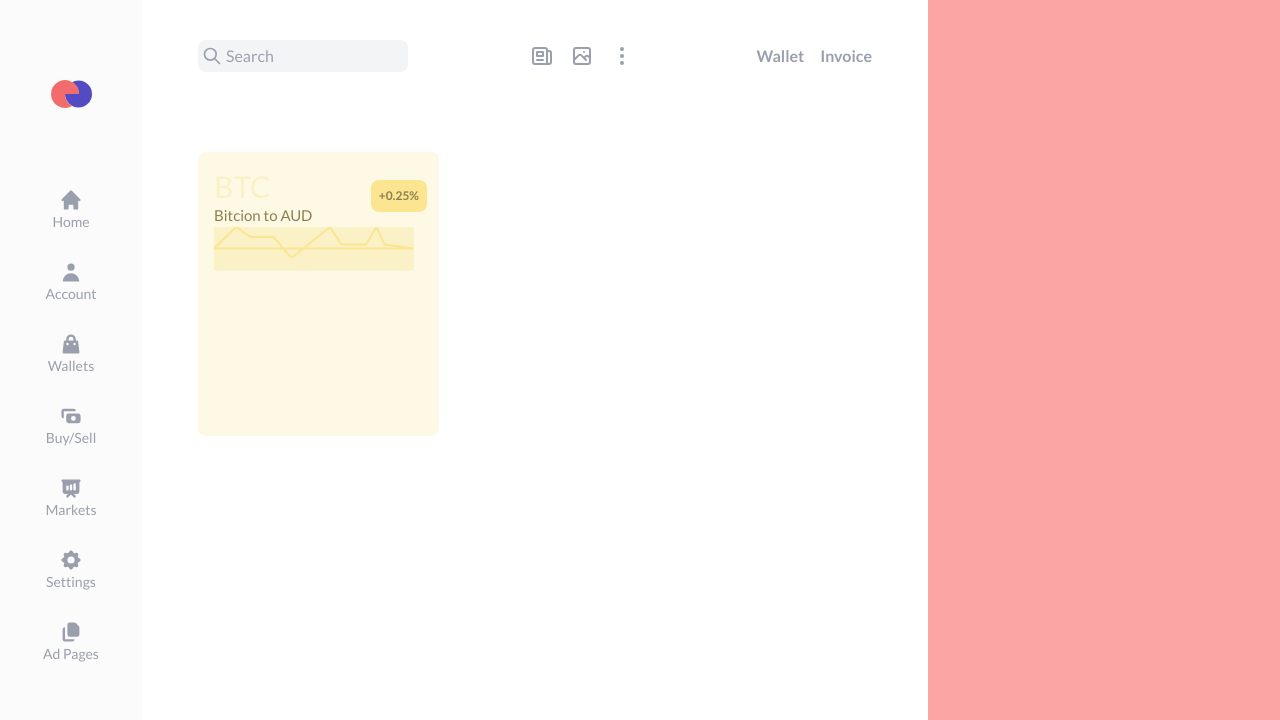
Repository: almaqdad55/crypto-app-nextjs
Page: /
These files come from the project's save history. The page is drawn as it stood at one moment and after the next save; the edit follows.
The browser window is 1280 px wide. The pictures show the whole page.
The project was rebuilt for these pictures with package versions that can differ from the ones it lists, and the page was loaded fresh each time. The framework's server and built-in components were replaced by stand-ins that run in the browser.

Above is the page before, as saved 2022-01-04 20:55:27.

After the next save:
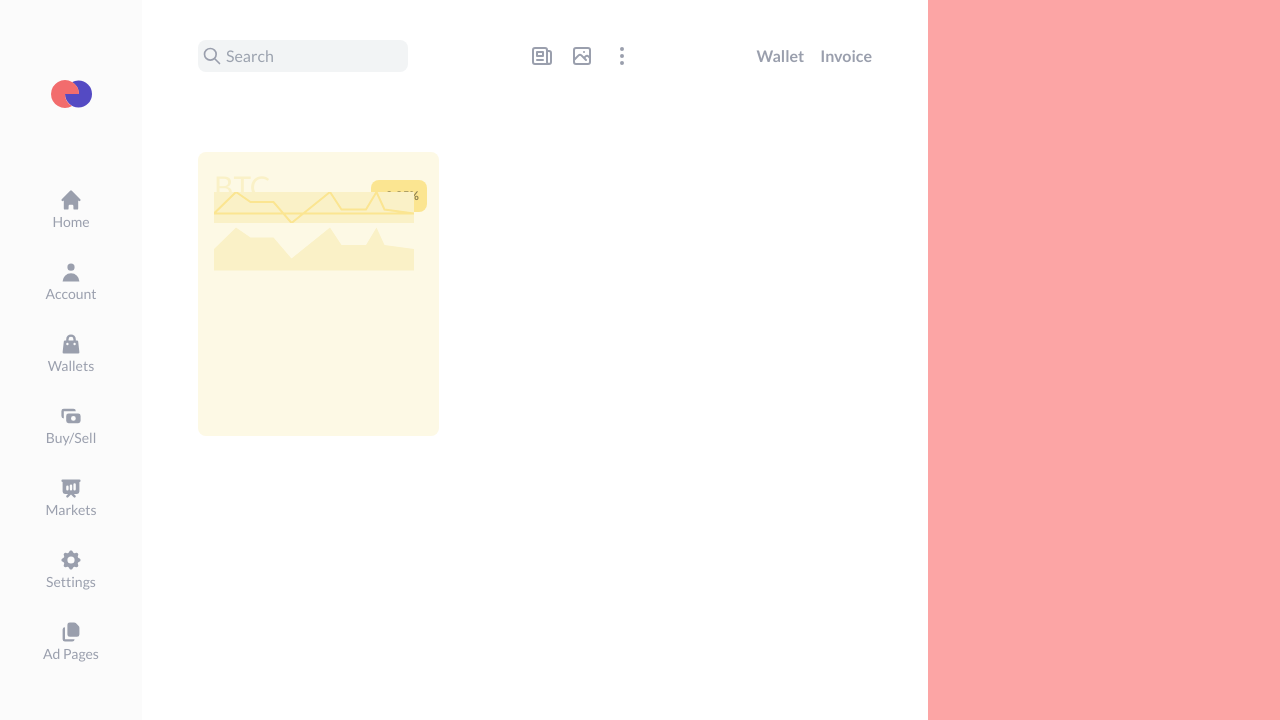
Saved 11 s later.
--- a/components/Card.jsx
+++ b/components/Card.jsx
@@ -6,7 +6,11 @@ const Card = () => {
       </div>
       <h1 className="text-3xl text-[#FAF1C7]">BTC</h1>
       <p className="text-[15px]">Bitcion to AUD</p>
-      <img src="/btc-chart.svg" alt="" className="absolute bg-[#FAF1C7]" />
+      <img
+        src="/btc-chart.svg"
+        alt=""
+        className="top-10 absolute bg-[#FAF1C7]"
+      />
       <img src="/bg-btc.svg" alt="" className="z-50 " />
     </div>
   );
